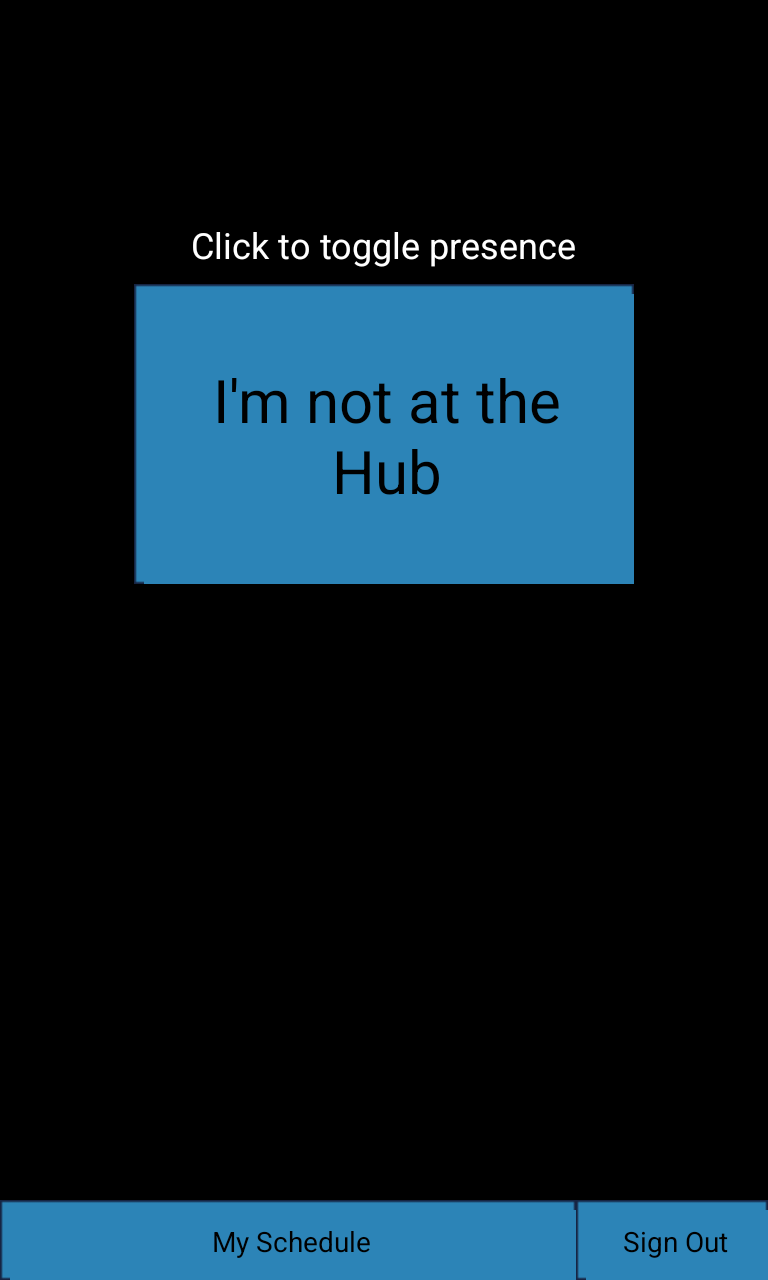
Repository: appsfactory/OfficeHours
Layout: OfficeHoursClient/res/layout/activity_sign__in.xml
These files come from the project's save history. The layout is drawn as it stood at one moment and after the next save; the edit follows.
It is drawn on a 768 x 1280 px phone screen (xhdpi) without system bars, with theme AppTheme; the app's code is not run.

Above is the layout before, as saved 2012-10-05 18:03:01.

After the next save:
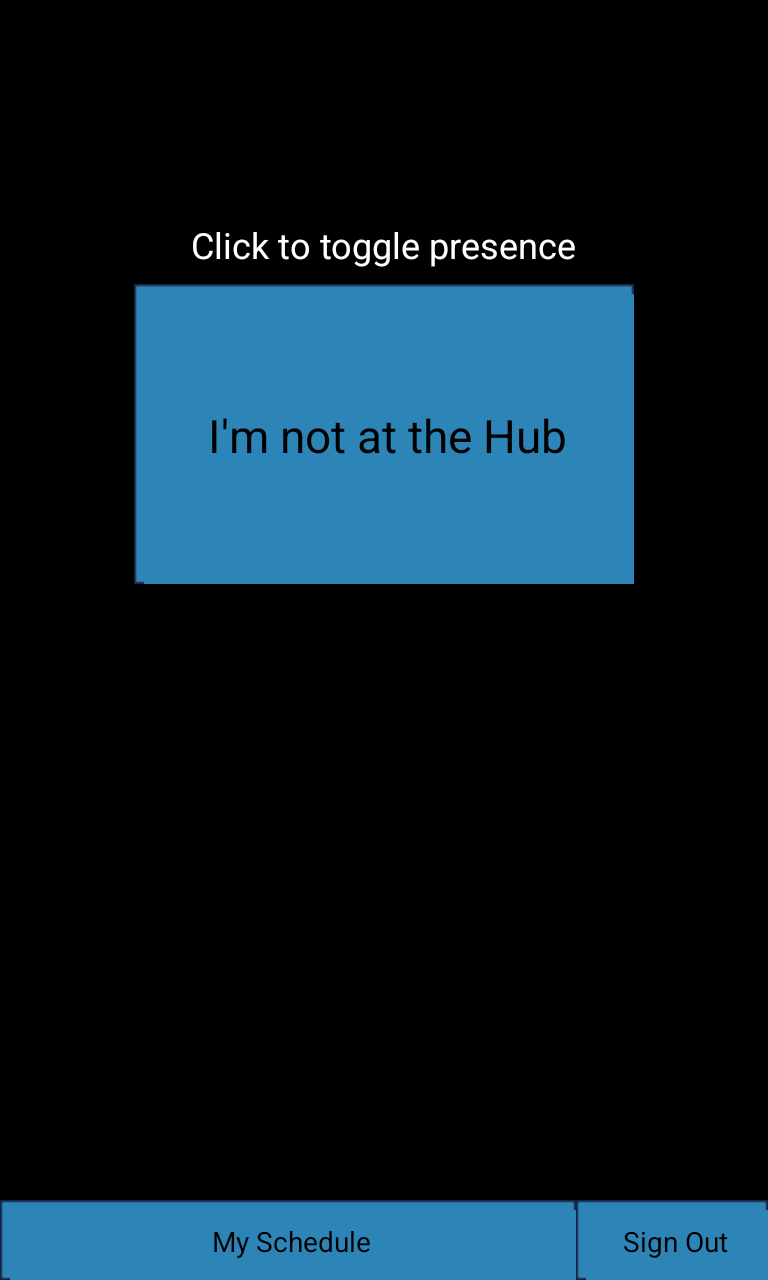
Saved 9 s later.
--- a/OfficeHoursClient/res/layout/activity_sign__in.xml
+++ b/OfficeHoursClient/res/layout/activity_sign__in.xml
@@ -13,7 +13,7 @@
         android:onClick="toggleSignIn"
         android:textOff="I&apos;m not at the Hub"
         android:textOn="I&apos;m at the Hub"
-        android:textSize="30sp"
+        android:textSize="23sp"
         android:background="@drawable/button_blue" />
 
     <TextView
